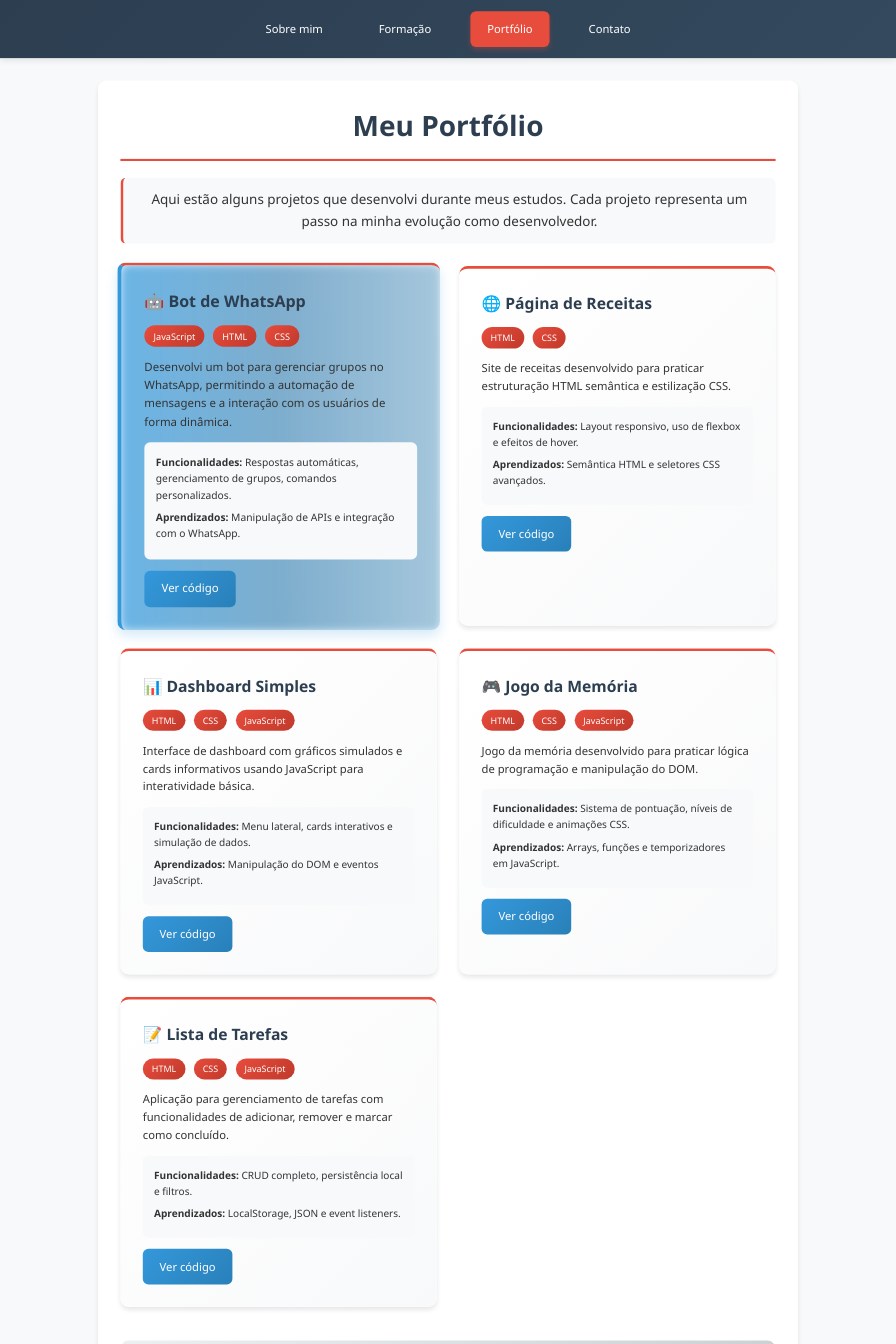
Repository: AnderHonorato/meu-portfolio
Page: portfolio.html
These files come from the project's save history. The page is drawn as it stood at one moment and after the next save; the edit follows.
The browser window is 1280 px wide. The pictures show the part of the page from y = 0 to 1920 px (the page is 2792 px tall), at 70% of full size.

Above is the page before, as saved 2025-08-26 20:30:39.

After the next save:
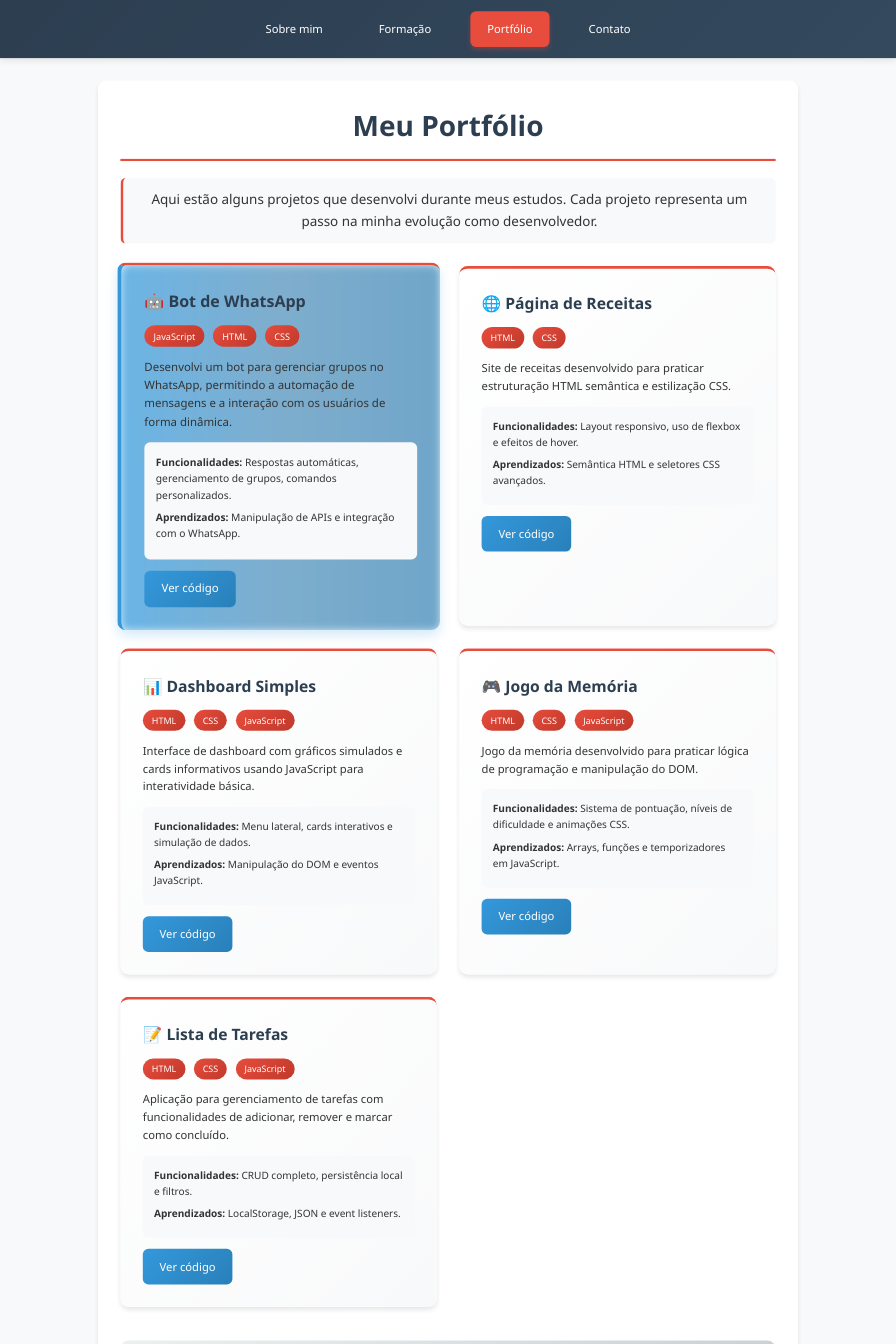
Saved 4 s later.
--- a/css/style.css
+++ b/css/style.css
@@ -711,7 +711,7 @@ html {
     left: -2px;
     right: -2px;
     bottom: -2px;
-    background: linear-gradient(90deg, #3498db, #508eb8, #89b2ce);
+    background: linear-gradient(90deg, #3498db, #508eb8, #3c83b3);
     z-index: 0;
     border-radius: 12px;
     filter: blur(6px);
